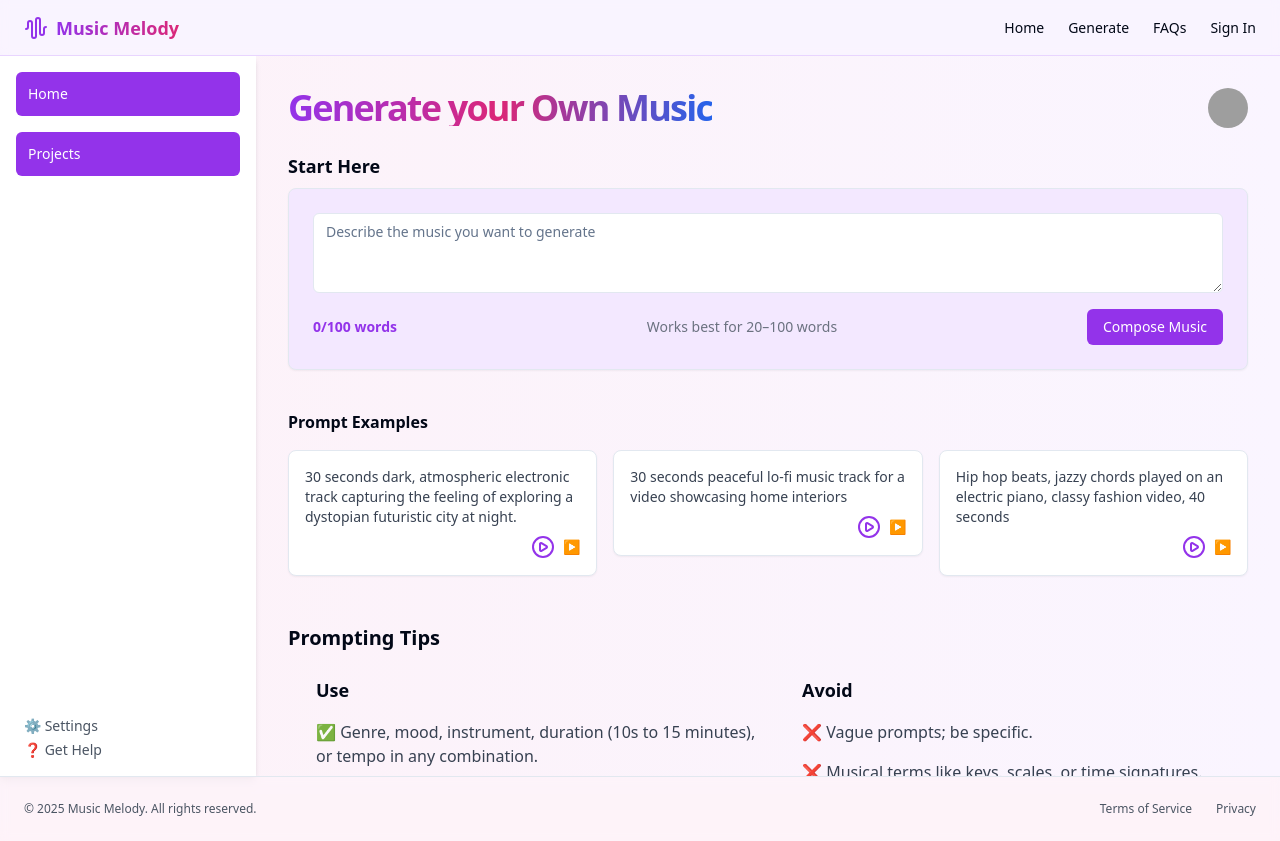
Repository: Aadityakesarwani/musicMelody
Page: /MusicMelodyUI
An editor plug-in stored every save of this project. The page is shown before and after the next save, followed by the edit.
The browser window is 1280 px wide. The pictures show the whole page.
Pictures or frames that could not be fetched are drawn as grey boxes. An inner scrolling area shows only its first screen. The project was rebuilt for these pictures with package versions that can differ from the ones it lists, and the page was loaded fresh each time. Also part of the build but not shown: vite.config.js, src/components/ui/accordion.jsx, src/components/Faq.jsx, src/components/Hero.jsx, src/components/HowItWorks.jsx, src/context/AuthContext.jsx, src/components/SignIn.jsx, src/components/MusicSection.jsx and 7 more. Imported but missing from the stored project, and not drawn on this page: src/assets/1.mp4, src/assets/2.mp4, src/assets/3.mp4, src/assets/4.mp4, src/assets/5.mp4.

Above is the page before, as saved 2025-04-13 19:23:28.

### src/main.jsx
import './polyfills';
import React from 'react'
import ReactDOM from 'react-dom/client'
import App from './App'
import './index.css'

ReactDOM.createRoot(document.getElementById('root')).render(
  <React.StrictMode>
    <App />
  </React.StrictMode>,
)

### src/polyfills.js
// Add global polyfill for browser environment
if (typeof global === 'undefined') {
  window.global = window;
}

### src/App.jsx
import { BrowserRouter } from "react-router-dom";
import { Route, Routes } from "react-router-dom";

import FAQ from "./components/Faq";
import Footer from "./components/Footer";
import Header from "./components/Header";
import Hero from "./components/Hero";
import HowItWorks from "./components/HowItWorks";
import LoginSignUpPage from "./components/SignIn";
import MusicSection from "./components/MusicSection";
import MusicLandingPage from "./components/MusicLandingPage";
import MusicMelodyUI from "./components/MusicMelodyUI";
import CTA from "./components/Cta";
import ProjectDetails from "./components/ProjectDetails";
import Pricing from "./components/Pricing";
import TermsOfService from "./components/TermsOfService";
import Home from "./components/Home";

function App() {
  return (
    <BrowserRouter>
      <div className="flex flex-col min-h-screen bg-gradient-to-b from-purple-100 to-pink-100 dark:from-purple-900 dark:to-pink-900">
        <Header />
        <main className="flex-1">
          <Routes>
            <Route path="/LoginSignUpPage" element={<LoginSignUpPage />} />
            <Route path="/MusicLandingPage" element={<MusicLandingPage />} />
            <Route path="/MusicMelodyUI" element={<MusicMelodyUI />} />
            <Route path="/ProjectDetails" element={<ProjectDetails />} />
            <Route path="/Pricing" element={<Pricing />} />
            <Route path="/TermsOfService" element={<TermsOfService />} />
            <Route path="/Home" element={<Home />} />
            <Route
              path="/"
              element={
                <div className="flex flex-col gap-8">
                  <section id="hero">
                    <Hero />
                  </section>
                  <section id="music-section">
                    <MusicSection />
                  </section>
                  <section id="howitworks">
                    <HowItWorks />
                  </section>
                  <section id="faqs">
                    <FAQ />
                  </section>
                  <section id="cta">
                    <CTA />
                  </section>
                </div>
              }
            />
          </Routes>
        </main>
        <Footer />
      </div>
    </BrowserRouter>
  );
}

export default App;

### src/components/Footer.jsx
import React from 'react';
import { Link } from 'react-router-dom'; // Import Link from react-router-dom

export default function Footer() {
  return (
    <footer className="flex flex-col gap-2 sm:flex-row py-6 w-full shrink-0 items-center px-4 md:px-6 border-t bg-white/50 backdrop-blur-sm dark:bg-gray-800/50">
      <p className="text-xs text-gray-600 dark:text-gray-400">
        © {new Date().getFullYear()} Music Melody. All rights reserved.
      </p>
      <nav className="sm:ml-auto flex gap-4 sm:gap-6">
        {/* Link to the Terms of Service page */}
        <Link
          className="text-xs hover:underline underline-offset-4 text-gray-600 hover:text-purple-600 dark:text-gray-400 dark:hover:text-purple-400"
          to="/TermsOfService" // Use the path you defined for Terms of Service in your router
        >
          Terms of Service
        </Link>
        <Link
          className="text-xs hover:underline underline-offset-4 text-gray-600 hover:text-purple-600 dark:text-gray-400 dark:hover:text-purple-400"
          to="/Privacy" // Use the path you defined for Privacy Policy in your router
        >
          Privacy
        </Link>
      </nav>
    </footer>
  );
}

### src/components/Header.jsx
import { AudioWaveform, Menu, X } from "lucide-react";
import { Link, useLocation } from "react-router-dom";
import { useState } from "react";

export default function Header() {
  const location = useLocation();
  const [isMenuOpen, setIsMenuOpen] = useState(false);

  const scrollToSection = (sectionId) => {
    if (location.pathname === '/') {
      const element = document.getElementById(sectionId);
      if (element) {
        element.scrollIntoView({ behavior: 'smooth' });
      }
    }
    setIsMenuOpen(false);
  };

  return (
    <header className="sticky top-0 z-50 px-4 lg:px-6 h-14 flex items-center border-b border-purple-200 dark:border-purple-800 bg-white/50 backdrop-blur-sm dark:bg-gray-800/50">
      <Link
        to="/"
        onClick={() => scrollToSection('hero')}
        className="flex items-center justify-center"
      >
        <AudioWaveform className="h-6 w-6 text-purple-600 dark:text-purple-400" />
        <span className="ml-2 text-lg font-bold bg-clip-text text-transparent bg-gradient-to-r from-purple-600 to-pink-600 dark:from-purple-400 dark:to-pink-400">
          Music Melody
        </span>
      </Link>

      {/* Hamburger Menu */}
      <button
        onClick={() => setIsMenuOpen(!isMenuOpen)}
        className="ml-auto md:hidden"
      >
        {isMenuOpen ? (
          <X className="h-6 w-6 text-purple-600 dark:text-purple-400" />
        ) : (
          <Menu className="h-6 w-6 text-purple-600 dark:text-purple-400" />
        )}
      </button>

      {/* Desktop Navigation */}
      <nav className="ml-auto hidden md:flex gap-4 sm:gap-6">
        <Link
          to="/"
          onClick={() => scrollToSection('hero')}
          className="text-sm font-medium hover:text-purple-600 dark:hover:text-purple-400 transition-colors"
        >
          Home
        </Link>
        <Link
          to="/MusicLandingPage"
          className="text-sm font-medium hover:text-purple-600 dark:hover:text-purple-400 transition-colors"
        >
          Generate
        </Link>
        <Link
          to="/"
          onClick={() => scrollToSection('faqs')}
          className="text-sm font-medium hover:text-purple-600 dark:hover:text-purple-400 transition-colors"
        >
          FAQs
        </Link>
        <Link
          to="/LoginSignUpPage"
          className="text-sm font-medium hover:text-purple-600 dark:hover:text-purple-400 transition-colors"
        >
          Sign In
        </Link>
      </nav>

      {/* Mobile Navigation */}
      {isMenuOpen && (
        <div className="absolute top-14 left-0 right-0 bg-white dark:bg-gray-800 border-b border-purple-200 dark:border-purple-800 md:hidden">
          <nav className="flex flex-col p-4">
            <Link
              to="/"
              onClick={() => scrollToSection('hero')}
              className="py-2 text-sm font-medium hover:text-purple-600 dark:hover:text-purple-400 transition-colors"
            >
              Home
            </Link>
            <Link
              to="/"
              onClick={() => scrollToSection('generator')}
              className="py-2 text-sm font-medium hover:text-purple-600 dark:hover:text-purple-400 transition-colors"
            >
              Generate
            </Link>
            <Link
              to="/"
              onClick={() => scrollToSection('faqs')}
              className="py-2 text-sm font-medium hover:text-purple-600 dark:hover:text-purple-400 transition-colors"
            >
              FAQs
            </Link>
            <Link
              to="/LoginSignUpPage"
              className="py-2 text-sm font-medium hover:text-purple-600 dark:hover:text-purple-400 transition-colors"
            >
              Sign In
            </Link>
          </nav>
        </div>
      )}
    </header>
  );
}

### src/components/MusicMelodyUI.jsx
import { motion } from "framer-motion";
import { Button } from "./ui/button";
import { Link } from "react-router-dom";
import { Card } from "./ui/card";
import { Avatar, AvatarImage } from "./ui/avatar";
import { Textarea } from "./ui/textarea";
import { CirclePlay } from "lucide-react";

export default function MusicMelodyUI() {
  return (
    <div className="flex h-screen bg-gradient-to-r from-pink-50 to-purple-50">
      {/* Sidebar */}
      <aside className="w-1/5 p-4 bg-white shadow-md flex flex-col justify-between">
        <div>
          <nav className="space-y-2">
            <Link to="/MusicLandingPage">
              <Button variant="default" className="w-full justify-start bg-purple-600 hover:bg-purple-700 text-white px-3 py-3 mb-4">
                Home
              </Button>
            </Link>
            <Link to="/ProjectDetails">
              <Button variant="outline" className="w-full justify-start bg-purple-600 hover:bg-purple-700 text-white px-3 py-3">
                Projects
              </Button>
            </Link>
          </nav>
        </div>
        <div className="space-y-1 text-sm text-gray-600 pl-2">
          <div className="cursor-pointer">⚙️ Settings</div>
          <div className="cursor-pointer">❓ Get Help</div>
        </div>
      </aside>

      {/* Main Content */}
      <main className="flex-1 p-8 overflow-auto">
        {/* Header */}
        <motion.header
          initial={{ opacity: 0 }}
          animate={{ opacity: 1 }}
          transition={{ duration: 0.5 }}
          className="flex justify-between items-center"
        >
          <h1 className="text-2xl font-bold tracking-tighter sm:text-2xl md:text-2xl lg:text-4xl/none bg-clip-text text-transparent
           bg-gradient-to-r from-purple-600 via-pink-600 to-blue-600 dark:from-purple-400
           dark:via-pink-400 dark:to-blue-400">
            Generate your Own Music
          </h1>
          <Avatar>
            <AvatarImage src="https://github.com/shadcn.png" alt="User avatar" />
          </Avatar>
        </motion.header>

        {/* Input Section */}
        <section className="mt-6">
          <h2 className="text-lg font-semibold mb-2">Start Here</h2>
          <Card className="p-6 bg-purple-100">
            <Textarea
              placeholder="Describe the music you want to generate"
              className="bg-white mb-4"
            />
            <div className="flex justify-between items-center text-sm">
              <span className="text-purple-600 font-bold">0/100 words</span>
              <span className="text-gray-500">Works best for 20–100 words</span>
              <Link to="/home">
                <Button variant="default" className="bg-purple-600 hover:bg-purple-700 text-white px-4 py-2">Compose Music</Button>
              </Link>
            </div>
          </Card>
        </section>

        {/* Prompt Examples */}
        <section className="mt-10">
          <h3 className="text-md font-semibold mb-4">Prompt Examples</h3>
          <div className="grid grid-cols-1 md:grid-cols-3 gap-4">
            {[
              "30 seconds dark, atmospheric electronic track capturing the feeling of exploring a dystopian futuristic city at night.",
              "30 seconds peaceful lo-fi music track for a video showcasing home interiors",
              "Hip hop beats, jazzy chords played on an electric piano, classy fashion video, 40 seconds"
            ].map((prompt, index) => (
              <motion.div
                key={index}
                initial={{ opacity: 0 }}
                animate={{ opacity: 1 }}
                transition={{ duration: 0.5, delay: index * 0.1 }}
              >
                <Card className="p-4">
                  <p className="text-sm text-gray-700">{prompt}</p>
                  <div className="flex justify-end mt-2 gap-2">
                    <CirclePlay className="cursor-pointer text-purple-600" />
                    <Button variant="ghost" size="icon">▶</Button>
                  </div>
                </Card>
              </motion.div>
            ))}
          </div>
        </section>

        {/* Prompting Tips Section */}
        <section className="mt-12  space-y-4 space-x-7 mb-7">
          <h3 className="text-xl font-bold mb-6 ">Prompting Tips</h3>
          <div className="grid grid-cols-1 md:grid-cols-2 gap-10">
            {/* Use Column */}
            <div>
              <h4 className="text-lg font-semibold mb-4">Use</h4>
              <ul className="space-y-4 text-gray-700">
                <li>✅ Genre, mood, instrument, duration (10s to 15 minutes), or tempo in any combination.</li>
                <li>✅ Genre like ambient, cinematic, lo-fi, electronic, rock, hio-hop for best results.</li>
                <li>✅ Keywords to mention the intended use (e.g., podcast, game)</li>
                <li>✅ Descriptive adjectives (e.g., dreamy, energetic) for tailored outputs.</li>
              </ul>
            </div>

            {/* Avoid Column */}
            <div>
              <h4 className="text-lg font-semibold mb-4">Avoid</h4>
              <ul className="space-y-4 text-gray-700">
                <li>❌ Vague prompts; be specific.</li>
                <li>❌ Musical terms like keys, scales, or time signatures.</li>
                <li>❌ Asking for vocals, sounds effective or foiey.</li>
                <li>❌ Including lyrics or scripts in prompts.</li>
              </ul>
            </div>
          </div>
          <p className="mt-8 text-sm text-center font-medium text-gray-800">
            want to read more? get the full guide here
          </p>
        </section>
      </main>
    </div>
  );
}

### src/components/ui/button.jsx
import * as React from "react";
import { Slot } from "@radix-ui/react-slot";
import { cn } from "../../lib/utils";

const Button = React.forwardRef(
  // eslint-disable-next-line react/prop-types
  ({ className, asChild = false, ...props }, ref) => {
    const Comp = asChild ? Slot : "button";
    return (
      <Comp
        className={cn(
          "inline-flex items-center justify-center whitespace-nowrap rounded-md text-sm font-medium transition-colors focus-visible:outline-none focus-visible:ring-1 focus-visible:ring-ring disabled:pointer-events-none disabled:opacity-50",
          className
        )}
        ref={ref}
        {...props}
      />
    );
  }
);

Button.displayName = "Button";

export { Button };

### src/components/ui/card.jsx
import * as React from "react";
import PropTypes from "prop-types"; // Import PropTypes for validation
import { cn } from "../../lib/utils";

const Card = React.forwardRef(({ className, ...props }, ref) => (
  <div
    ref={ref}
    className={cn(
      "rounded-lg border bg-card text-card-foreground shadow-sm",
      className
    )}
    {...props}
  />
));
Card.displayName = "Card";

// PropType validation
Card.propTypes = {
  className: PropTypes.string,
  children: PropTypes.node,
};

const CardHeader = React.forwardRef(({ className, ...props }, ref) => (
  <div
    ref={ref}
    className={cn("flex flex-col space-y-1.5 p-6", className)}
    {...props}
  />
));
CardHeader.displayName = "CardHeader";

// PropType validation
CardHeader.propTypes = {
  className: PropTypes.string,
  children: PropTypes.node,
};

const CardTitle = React.forwardRef(({ className, ...props }, ref) => (
  <h3
    ref={ref}
    className={cn(
      "text-2xl font-semibold leading-none tracking-tight",
      className
    )}
    {...props}
  />
));
CardTitle.displayName = "CardTitle";

// PropType validation
CardTitle.propTypes = {
  className: PropTypes.string,
  children: PropTypes.node,
};

const CardDescription = React.forwardRef(({ className, ...props }, ref) => (
  <p
    ref={ref}
    className={cn("text-sm text-muted-foreground", className)}
    {...props}
  />
));
CardDescription.displayName = "CardDescription";

// PropType validation
CardDescription.propTypes = {
  className: PropTypes.string,
  children: PropTypes.node,
};

const CardContent = React.forwardRef(({ className, ...props }, ref) => (
  <div ref={ref} className={cn("p-6 pt-0", className)} {...props} />
));
CardContent.displayName = "CardContent";

// PropType validation
CardContent.propTypes = {
  className: PropTypes.string,
  children: PropTypes.node,
};

const CardFooter = React.forwardRef(({ className, ...props }, ref) => (
  <div
    ref={ref}
    className={cn("flex items-center p-6 pt-0", className)}
    {...props}
  />
));
CardFooter.displayName = "CardFooter";

// PropType validation
CardFooter.propTypes = {
  className: PropTypes.string,
  children: PropTypes.node,
};

export { Card, CardHeader, CardFooter, CardTitle, CardDescription, CardContent };

### src/components/ui/avatar.jsx
import * as React from "react";
import PropTypes from "prop-types"; // For prop validation
import { cn } from "../../lib/utils"; // Utility for classNames

const Avatar = React.forwardRef(({ className, ...props }, ref) => (
  <div
    ref={ref}
    className={cn(
      "relative flex h-10 w-10 shrink-0 overflow-hidden rounded-full",
      className
    )}
    {...props}
  />
));
Avatar.displayName = "Avatar";

Avatar.propTypes = {
  className: PropTypes.string,
  children: PropTypes.node,
};

const AvatarImage = React.forwardRef(({ className, ...props }, ref) => (
  <img
    ref={ref}
    className={cn("aspect-square h-full w-full", className)}
    {...props}
  />
));
AvatarImage.displayName = "AvatarImage";

AvatarImage.propTypes = {
  className: PropTypes.string,
  src: PropTypes.string.isRequired,
  alt: PropTypes.string,
};

export { Avatar, AvatarImage };

### src/components/ui/textarea.jsx
import * as React from "react";
import { cn } from "../../lib/utils";

// eslint-disable-next-line react/prop-types
const Textarea = React.forwardRef(({ className, ...props }, ref) => {
  return (
    <textarea
      className={cn(
        "flex min-h-[80px] w-full rounded-md border border-input bg-background px-3 py-2 text-sm ring-offset-background placeholder:text-muted-foreground focus-visible:outline-none focus-visible:ring-2 focus-visible:ring-ring focus-visible:ring-offset-2 disabled:cursor-not-allowed disabled:opacity-50",
        className
      )}
      ref={ref}
      {...props}
    />
  );
});

Textarea.displayName = "Textarea";

export { Textarea };

### tailwind.config.js
/** @type {import('tailwindcss').Config} */
export default {
  darkMode: ["class"],
  content: [
    "./index.html",
    "./src/**/*.{js,ts,jsx,tsx}",
  ],
  theme: {
    container: {
      center: true,
      padding: "2rem",
      screens: {
        "2xl": "1400px",
      },
    },
    extend: {
      colors: {
        border: "hsl(var(--border))",
        input: "hsl(var(--input))",
        ring: "hsl(var(--ring))",
        background: "hsl(var(--background))",
        foreground: "hsl(var(--foreground))",
        primary: {
          DEFAULT: "hsl(var(--primary))",
          foreground: "hsl(var(--primary-foreground))",
        },
        secondary: {
          DEFAULT: "hsl(var(--secondary))",
          foreground: "hsl(var(--secondary-foreground))",
        },
        destructive: {
          DEFAULT: "hsl(var(--destructive))",
          foreground: "hsl(var(--destructive-foreground))",
        },
        muted: {
          DEFAULT: "hsl(var(--muted))",
          foreground: "hsl(var(--muted-foreground))",
        },
        accent: {
          DEFAULT: "hsl(var(--accent))",
          foreground: "hsl(var(--accent-foreground))",
        },
        popover: {
          DEFAULT: "hsl(var(--popover))",
          foreground: "hsl(var(--popover-foreground))",
        },
        card: {
          DEFAULT: "hsl(var(--card))",
          foreground: "hsl(var(--card-foreground))",
        },
      },
      borderRadius: {
        lg: "var(--radius)",
        md: "calc(var(--radius) - 2px)",
        sm: "calc(var(--radius) - 4px)",
      },
      keyframes: {
        "accordion-down": {
          from: { height: 0 },
          to: { height: "var(--radix-accordion-content-height)" },
        },
        "accordion-up": {
          from: { height: "var(--radix-accordion-content-height)" },
          to: { height: 0 },
        },
      },
      animation: {
        "accordion-down": "accordion-down 0.2s ease-out",
        "accordion-up": "accordion-up 0.2s ease-out",
      },
    },
  },
  plugins: [require("tailwindcss-animate")],
}

Loaded but not shown: index.html (common file); src/index.css (common file); src/lib/utils.js (common file)

After the next save:
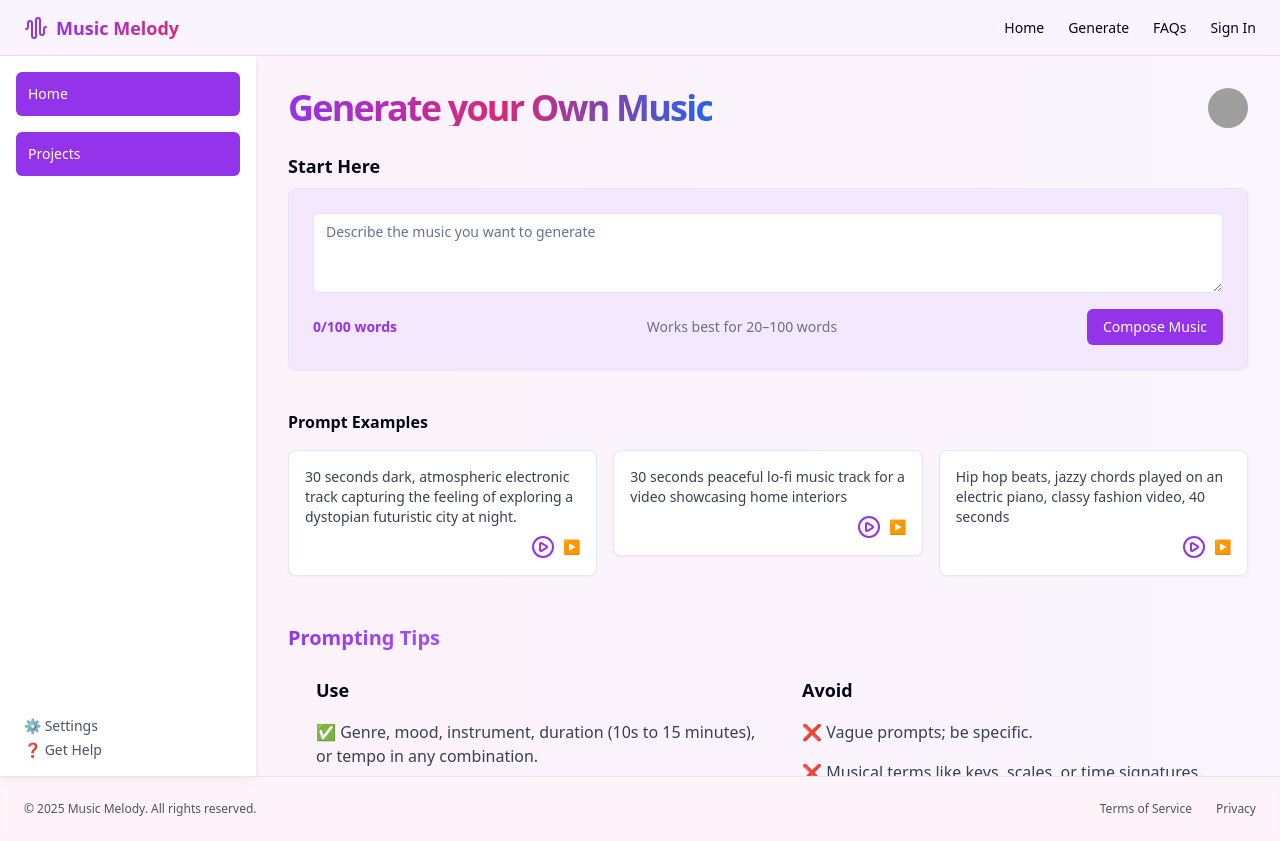
Saved 28 s later.
--- a/src/components/MusicMelodyUI.jsx
+++ b/src/components/MusicMelodyUI.jsx
@@ -97,7 +97,8 @@ export default function MusicMelodyUI() {
 
         {/* Prompting Tips Section */}
         <section className="mt-12  space-y-4 space-x-7 mb-7">
-          <h3 className="text-xl font-bold mb-6 ">Prompting Tips</h3>
+          <h3 className="text-xl font-bold mb-6 bg-clip-text text-transparent
+           bg-gradient-to-r from-purple-600 v ">Prompting Tips</h3>
           <div className="grid grid-cols-1 md:grid-cols-2 gap-10">
             {/* Use Column */}
             <div>
